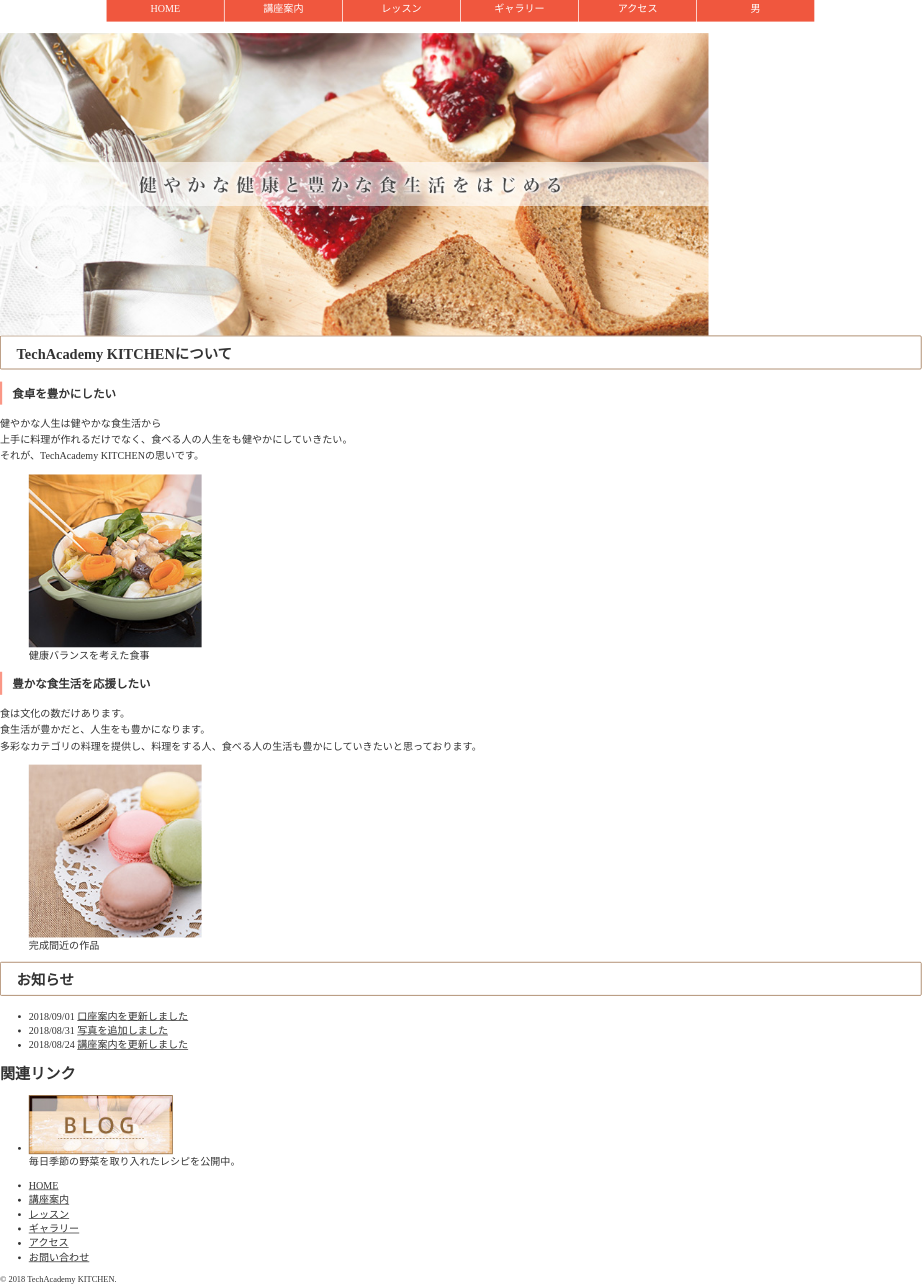
Repository: taekowithrowgit/frontend
Page: environment/html_css/kitchen.html
The author's editor kept a record of every edit. The page is drawn from the files as they stood at one moment, then again after the next edit.
The browser window is 1280 px wide. The pictures show the part of the page from y = 325 to 2110 px (the page is 2110 px tall before and 1898 px after), at 72% of full size.
A picture or video elsewhere on the page could not be fetched, so the positions and the page height are approximate.

Above is the page before.

### environment/html_css/kitchen.html
<!DOCTYPE html>
<html lang ="ja">
    <head>
        <meta charset ="UTF-8">
        <title>TechAcademy KITCHEN</title>
        <link rel="stylesheet" href="kitchen.css">
    </head>
    <body>

        <!----ここからヘッダー-->
        <header>
         <h1><a href="kitchen.html"><img src="images_kitchen/logo.png" alt="TechAcademy KITCHEN"></a></h1>
         <nav id ="global_navi">
             <ul>
                 <li class ="current"><a href="kitchen.html">HOME</a></li>
                 <li><a href="course.html">講座案内</a></li>
                 <li><a href="lesson.html">レッスン</a></li>
                 <li><a href=#gallery.html>ギャラリー</a></li>
                 <li><a href="access.html">アクセス</a></li>
                 <li><a href="contact.html">男</a></li>
             </ul>
         </nav>
        </header>
        <!----ここまでヘッダー-->
        <!----ここからメインビジュアル-->
        <div id="main_visual">
            <img src="images_kitchen/main_visual.jpg" alt="健やかな健康と豊かな食生活をはじめる">
        </div>
        <!----メインビジュアル画像ここまで-->
        <!----wrapper-->
        <div id="wrapper">
            <!----ここからメイン-->
            <div id= "main">
                <section>
                    <h2>TechAcademy KITCHENについて</h2>
                    <section>
                        <h3>食卓を豊かにしたい</h3>
                        <div class="point">
                            <p>
                                健やかな人生は健やかな食生活から<br>
                                上手に料理が作れるだけでなく、食べる人の人生をも健やかにしていきたい。<br>
                                それが、TechAcademy KITCHENの思いです。<br>
                            </p>
                            <figure>
                                <img src="images_kitchen/photo01.jpg" alt="TechAcademy KITCHENについて1">
                                <figcaption>健康バランスを考えた食事</figcaption>
                            </figure>
                        </section>
                    <section>
                        <h3>豊かな食生活を応援したい</h3>
                        <div class="point">
                            <p>
                                食は文化の数だけあります。<br>
                                食生活が豊かだと、人生をも豊かになります。 <br>
                                多彩なカテゴリの料理を提供し、料理をする人、食べる人の生活も豊かにしていきたいと思っております。
                            </p>
                            <figure>
                                <img src="images_kitchen/photo02.jpg" alt="TechAcademy KITCHENについて2">
                                <figcaption>完成間近の作品</figcaption>
                            </figure>
                        </div>
                    </section>
                    <section id="news">
                        <h2>お知らせ</h2>
                        <ul>
                            <li>
                                <span>2018/09/01</span>
                                <a href="couse.html">口座案内を更新しました</a>
                            </li>
                            <li>
                                <span>2018/08/31</span>
                                <a href="gallery.html">写真を追加しました</a>
                            </li>
                            <li>
                                <span>2018/08/24</span>
                                <a href="course.html">講座案内を更新しました</a>
                            </li>
                        </ul>
                    </section>
            </div>
            <!----ここまでメイン-->
            <!----ここからサイド-->
            <aside id ="sidebar">
                <section id="side_banner">
                    <h2>関連リンク</h2>
                    <ul>
                        <li>
                            <a href="https://techacademy.jp/magazine/" target="_blank"><img src="images_kitchen/banner01.jpg" alt="ブログ"></a>
                            <p>毎日季節の野菜を取り入れたレシピを公開中。</p>
                        </li>
                    </ul>
                </section>
            </aside>
            <!----サイドここまで-->


        </div>

        <!----wrapperここまで-->
        <!----フッター-->
        <footer>
            <div id="fotter_navi">
                <ul>
                    <li><a href="hitchen.html">HOME</a></li>
                    <li><a href="course.html">講座案内</a></li>
                    <li><a href="lesson.html">レッスン</a></li>
                    <li><a href="gallery.html">ギャラリー</a></li>
                    <li><a href="access.html">アクセス</a></li>
                    <li><a href="contact.html">お問い合わせ</a></li>
                </ul>
            </div>
            <small>&copy; 2018 TechAcademy KITCHEN.</small>
        </footer>
        <!----フッターここまで-->
    </body>

</html>

### environment/html_css/lesson2/kitchen.css
@charset "UTF-8";

body {
    margin: 0;
    padding: 0;
    color: #333;
    font-size: 14px;
}

a {
    color: #333;
}

a:visited {
    color: #333;
}

a:hover {
    color: #333;
    font-weight: 700;
    text-decoration: none;
}

h1,h2,h3,h4,h5,h6 {
    margin-top: 0;
}

p {
    margin-top: 0;
    line-height: 1.6;
}

img {
    vertical-align: bottom;
}

#main h2{
    background: #fff;
    font-size: 20px;
    padding: 8px 22px;
    border-radius: 2px;
    border: 1px solid #956840;
}

#main h3 {
    font-size: 16px;
    border-left: solid 3px #fa9786;
    padding: 4px 9px 4px 14px;
}

header{
    width: 984px;
    margin: 0 auto;
}

header h1 {
    margin: 5px 0 10px;
}

#global_navi {
    margin-bottom: 16px;
}

#global_navi ul {
    font-size: 0;  /* 半角スペース削除 */
    list-style: none;
    margin: 0;
    padding: 0;
}

#global_navi ul li {
    font-size: 14px;  /* フォントサイズ復活 */
    display: inline-block;
    width: 163px;
    margin-right: 1px;
    text-align: center;
}

#global_navi ul li a {
    display: block;
    padding: 10px 16px;
    background-color: #f0573e;
    color: #fff;
    text-decoration: none;
    transition: background-color .2s linear;
}

After the next edit:
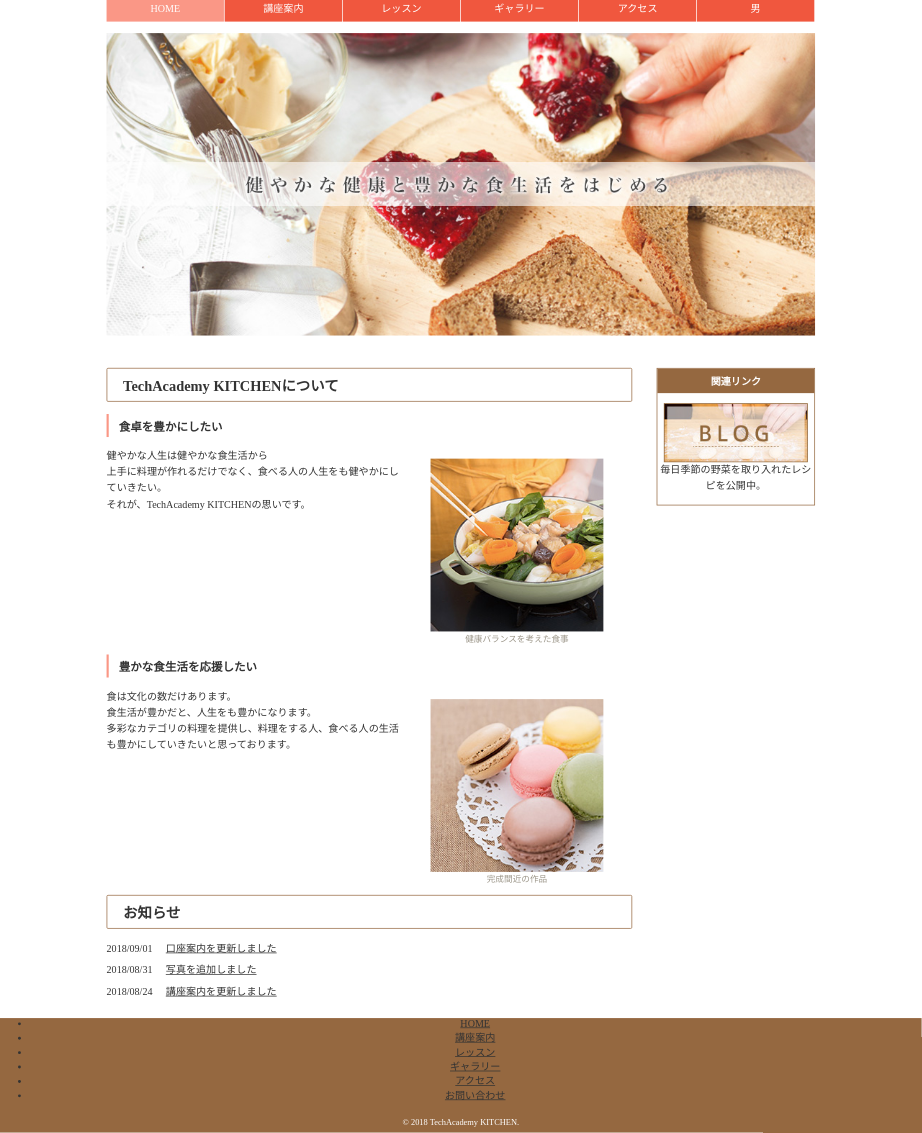
The edit:
--- a/environment/html_css/lesson2/kitchen.css
+++ b/environment/html_css/lesson2/kitchen.css
@@ -84,3 +84,107 @@ header h1 {
     text-decoration: none;
     transition: background-color .2s linear;
 }
+
+#global_navi ul li.current a {
+    background-color: #fa9786;
+}
+
+#global_navi ul li a:hover {
+    background-color: #fa9786;
+}
+
+/* チャプター：メインビジュアル */
+#main_visual {
+    width: 984px;
+    height: 440px;
+    margin: 0 auto 25px;
+}
+
+#wrapper {
+    width: 984px;
+    margin: 0 auto;
+    display: flex;
+    justify-content: space-between;
+}
+
+#main {
+    width: 730px;
+}
+
+#sidebar {
+    width: 220px;
+}
+
+.point {
+    display: flex;
+    justify-content: space-between;
+}
+
+.point figcaption {
+    font-size: 12px;
+    color: #9C9689;
+    text-align: center;
+}
+
+#news ul {
+    list-style: none;
+    padding: 0;
+}
+
+#news li {
+    margin-bottom: 10px;
+}
+
+#news li a {
+    margin-left: 15px;
+}
+
+#side_banner ul {
+    list-style: none;
+    padding: 0;
+}
+
+#side_banner {
+    margin-bottom: 30px;
+    border: 1px solid #956840;
+    text-align: center;
+}
+
+#side_banner h2 {
+    background-color: #956840;
+    color: #fff;
+    padding: 7px;
+    font-size: 14px;
+    text-align: center;
+}
+
+footer #footer_navi ul {
+    list-style: none;
+    margin: 0;
+    padding: 0;
+    text-align: center;
+}
+
+footer {
+    background-color: #956840;
+    text-align: center;
+}
+
+footer #footer_navi li {
+    display: inline;
+    border-left: solid 1px #333;
+    margin-left: 8px;
+    padding-left: 8px;
+    font-size: smaller;
+}
+
+footer #footer_navi li:last-child {
+    border-right: solid 1px #333;
+    padding: 0 8px;
+}
+
+footer small {
+    display: block;
+    padding: 8px 0;
+    color: #fff;
+}
